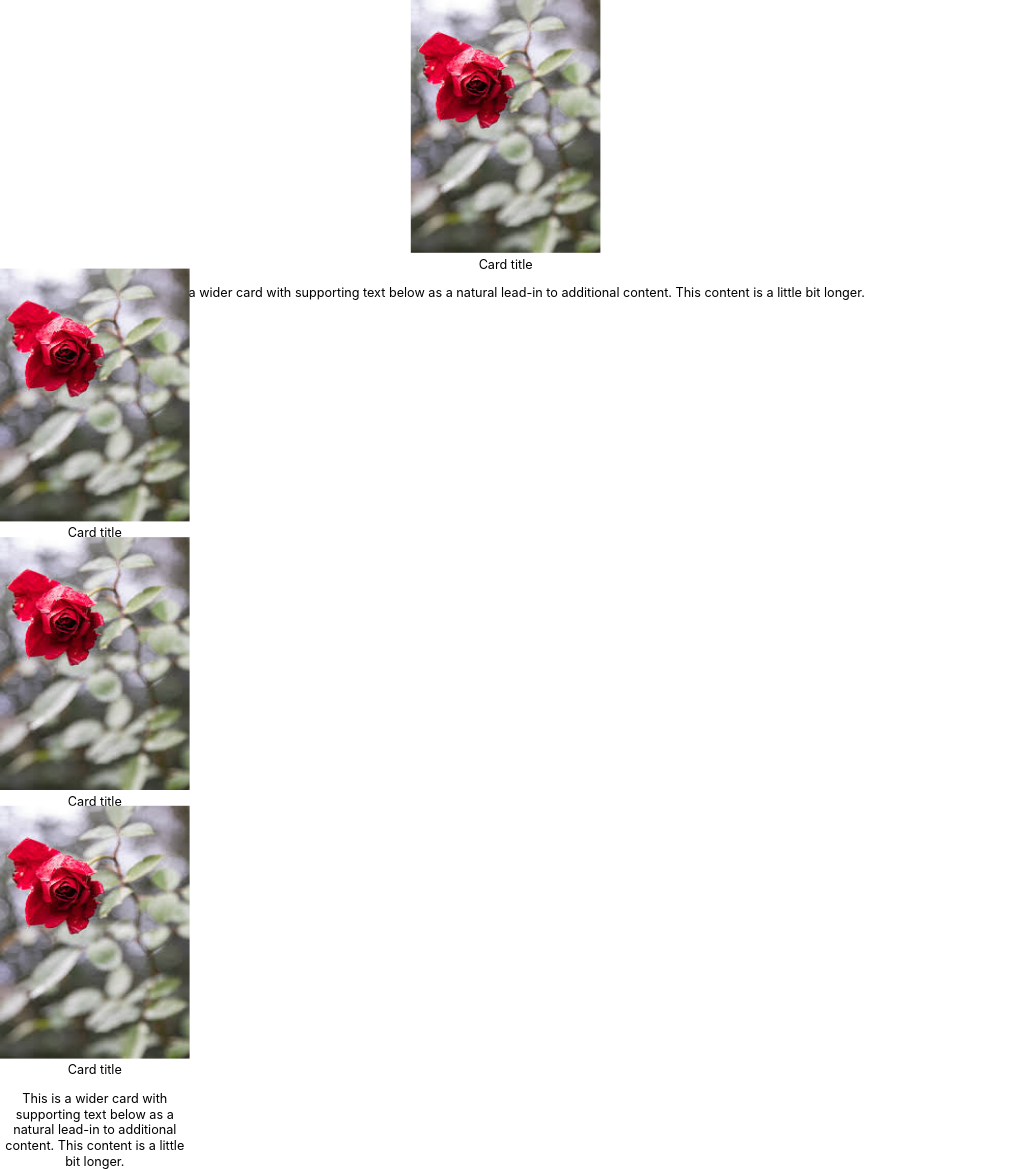
Repository: vakharia5/Preview
Page: /
The author's editor kept a copy of each file at every save. The page is drawn from the files as they stood at one save, then again after the next save.
The browser window is 1280 px wide. The pictures show the whole page, at 79% of full size.
The project was rebuilt for these pictures with package versions that can differ from the ones it lists, and the page was loaded fresh each time.

Above is the page before, as saved 2020-06-22 13:17:20.

After the next save:
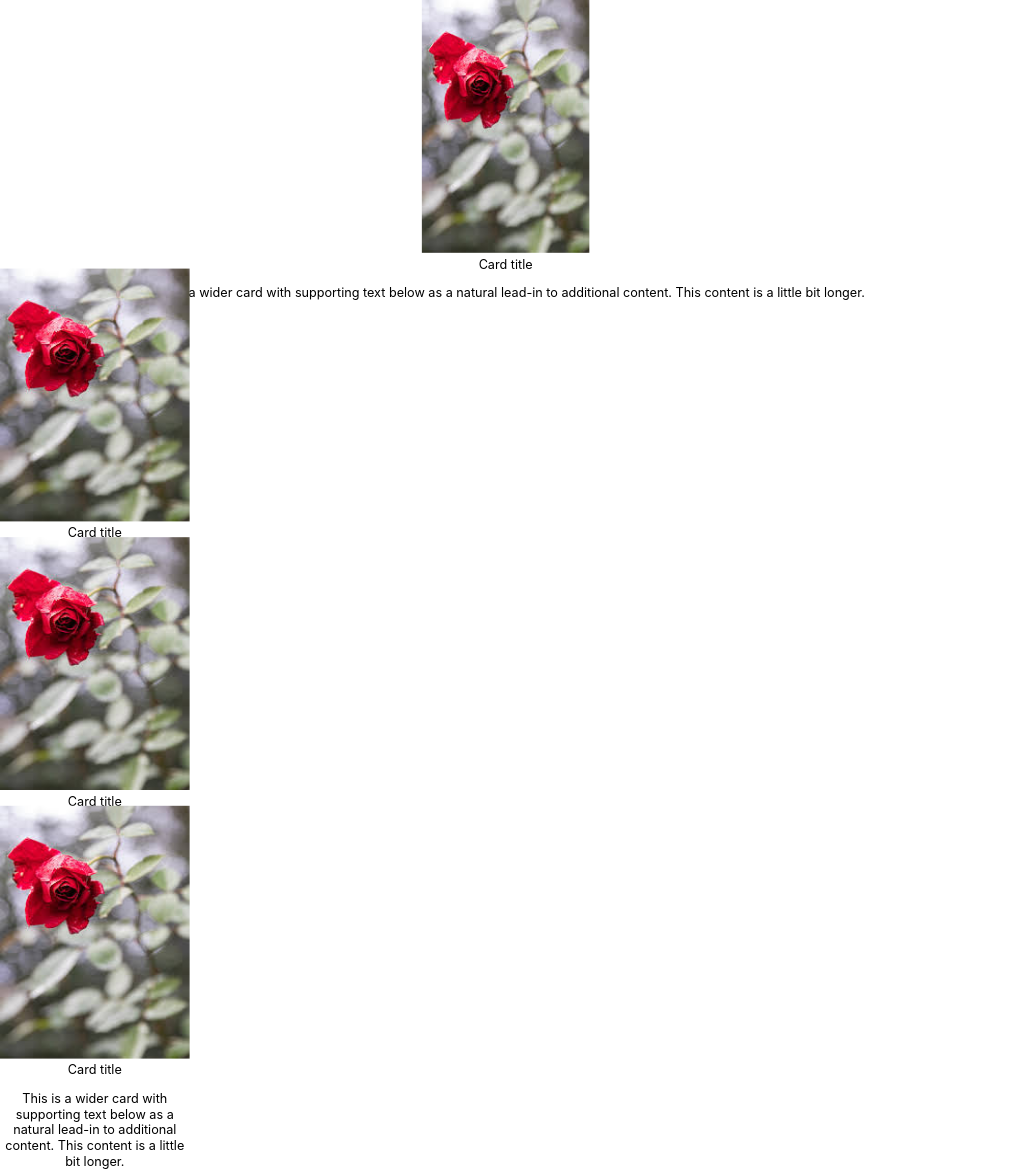
Saved 12 s later.
--- a/src/components/CardList.js
+++ b/src/components/CardList.js
@@ -9,7 +9,7 @@ class CardList extends Component {
        <Container>
        <Row sm={1} md={2} lg={4}>
         <Card  border="secondary" style={{ height : '20rem'}}>
-  <Card.Img src={img} alt="Card image" style={{ width: '15rem' ,height : '20rem'}} />
+  <Card.Img src={img} alt="Card image" style={{ height : '20rem'}} />
   <Card.ImgOverlay>
     <Card.Title>Card title</Card.Title>
     <Card.Text>
